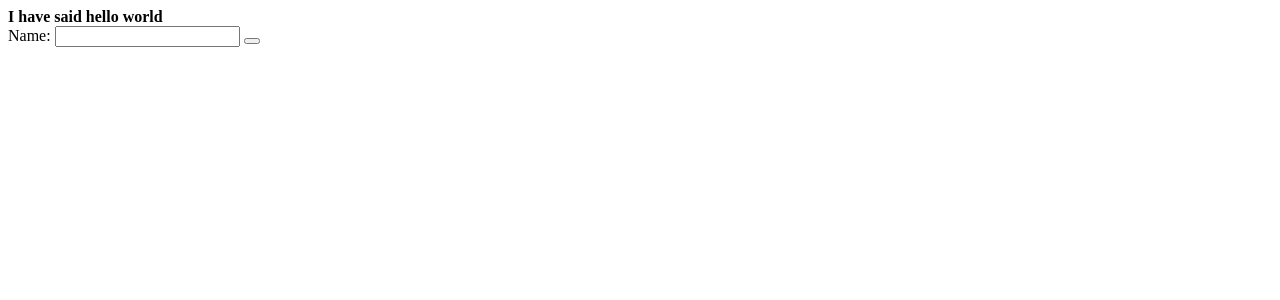
Repository: Mujaddin/Java_Servlet_3
Page: http://localhost/MitraisServlet/Servlet
The author's editor kept a copy of each file at every save. The page is drawn from the files as they stood at one save, then again after the next save.
The browser window is 1280 px wide. The pictures show the whole page.
The page is served by Tomcat 9.

Above is the page before, as saved 2017-04-21 02:33:46.

After the next save:
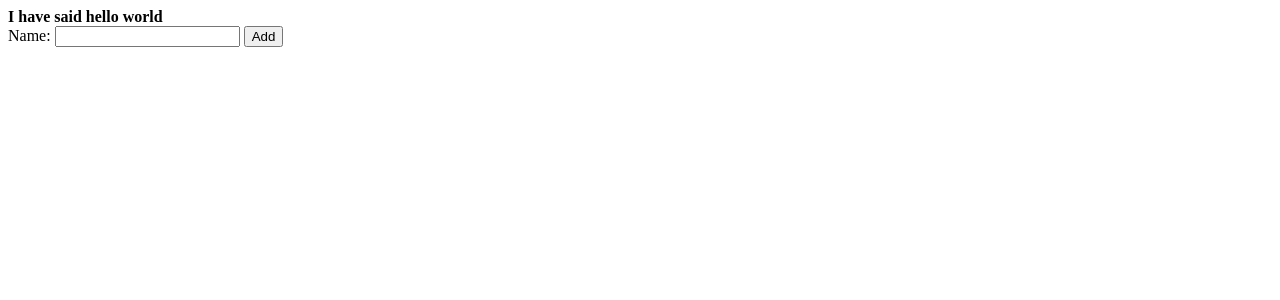
Saved 104 s later.
--- a/project4-exercise/MitraisServlet/WebContent/hello.jsp
+++ b/project4-exercise/MitraisServlet/WebContent/hello.jsp
@@ -14,7 +14,7 @@
 	<form action="">
 	Name:
 	<input name= "addBox" type="textbox"/>
-		<button name="add" type ="submit" value="add"/>
+		<button name="add" type ="submit" >Add</button>
 	</form>
 
 </body>
